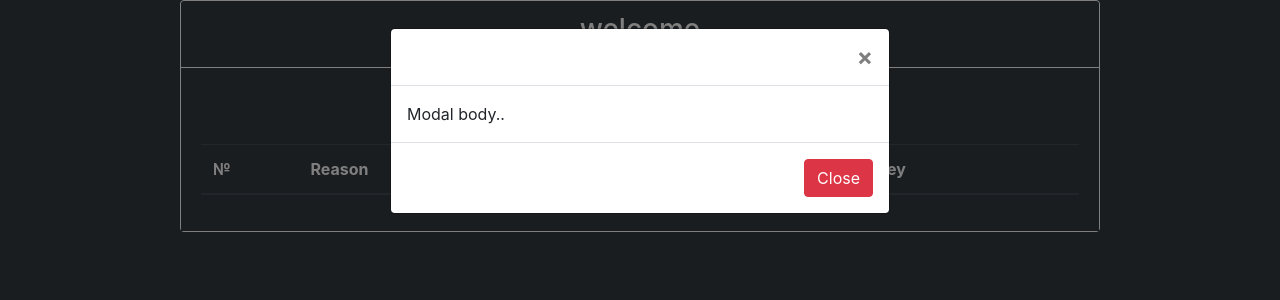
Repository: surefaceJS/allMyWorkInaliLinux
Page: hardcha/index.html
An editor plug-in stored every save of this project. The page is shown before and after the next save, followed by the edit.
The browser window is 1280 px wide. The pictures show the whole page.

Above is the page before, as saved 2021-04-19 12:10:05.

After the next save:
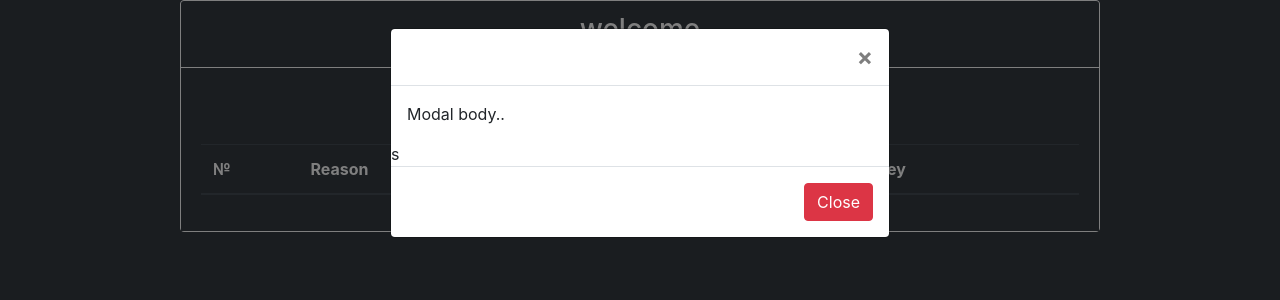
Saved 8 min 56 s later.
--- a/hardcha/index.html
+++ b/hardcha/index.html
@@ -33,7 +33,7 @@
                     <div class="modal-body">
                         Modal body..
                     </div>
-
+                    s
                     <!-- Modal footer -->
                     <div class="modal-footer">
                         <button type="button" class="btn btn-danger" data-dismiss="modal">Close</button>

After the save that followed:
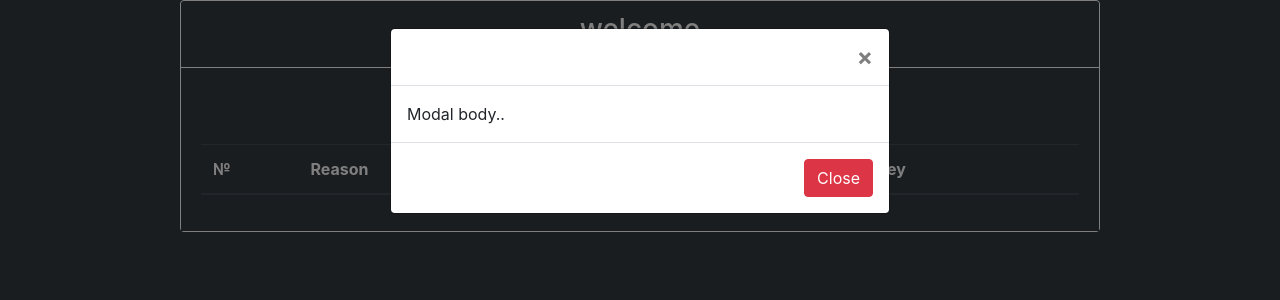
Saved 7 s later.
--- a/hardcha/index.html
+++ b/hardcha/index.html
@@ -33,7 +33,7 @@
                     <div class="modal-body">
                         Modal body..
                     </div>
-                    s
+
                     <!-- Modal footer -->
                     <div class="modal-footer">
                         <button type="button" class="btn btn-danger" data-dismiss="modal">Close</button>
